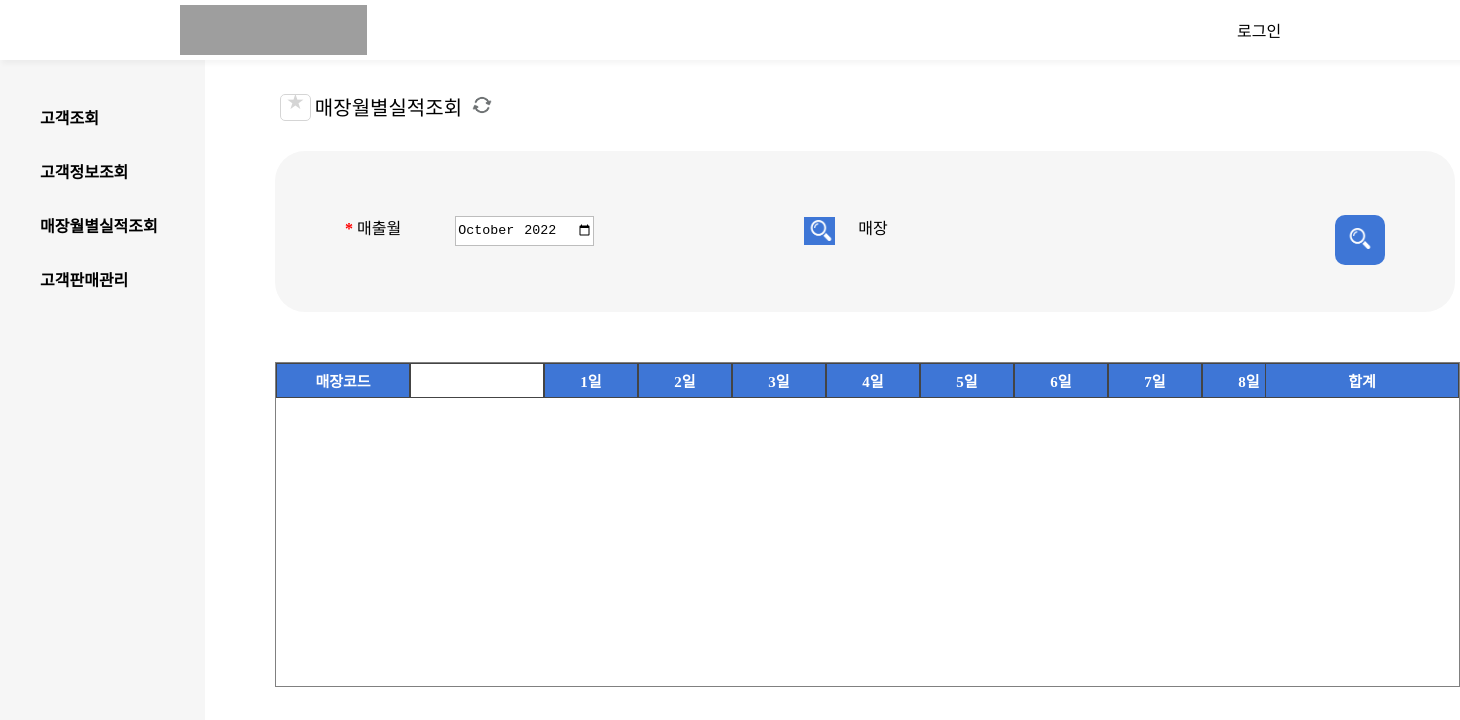
Repository: HyunyoungA/managementSystem
Page: http://localhost/DowellCommunity/WEB-INF/views/member/saleMonth.jsp
The author's editor kept a copy of each file at every save. The page is drawn from the files as they stood at one save, then again after the next save.
The browser window is 1280 px wide. The page is 1460 px wide, so the pictures cover 1460 px, including what lies to the right of the window. The pictures show the whole page.
Pictures or frames that could not be fetched are drawn as grey boxes. The page is served by Tomcat 9. Nobody is signed in. Other server files are loaded and not shown. The template is opened directly, without the code that normally fills it, so the values that code supplies are empty.

Above is the page before, as saved 2022-10-28 01:12:47.

### DowellCommunity/src/main/webapp/WEB-INF/views/member/saleMonth.jsp
<%@ page language="java" contentType="text/html; charset=UTF-8"
    pageEncoding="UTF-8"%>
<%@ taglib uri="http://java.sun.com/jsp/jstl/core" prefix="c" %>
<!DOCTYPE html>
<html>
<head>
<meta charset="UTF-8">
<title>관리자 페이지</title>
 <!-- jQuery -->
<script type="text/javascript" src="https://code.jquery.com/jquery-1.12.4.min.js" ></script>
<!-- 매장검색 자바스크립트 -->
<script type="text/javascript" src="./resources/js/saleScript.js"></script>
<!-- 페이지 스타일css -->
<link href="resources/CSS/saleMonth.css" rel="stylesheet">
<c:import url="../common/navbar.jsp"/>
</head>
<body>
<c:import url="../common/sidebar.jsp"/>
<div class="Wrap">
	<div class="starBox">
		<span class="star">★</span>
	</div>
	<span class="Title">매장월별실적조회</span>
<!-- 	새로고침 -->
	<button id="reload" onClick="window.location.reload()">
		<img class="Refresh" src="resources/cust_in/Refresh.png" style="cursor:pointer;">
	</button>
	<div class="SearchBox">
		<div class="wrap_mg">
			<span class="essential">*</span>
			<span class="Text_space" id="sale">매출월</span>
			<input class="Text_box" type="month" id="saleMonth-list">
			<span class="Text_space" id="Cust_Num">매장</span>
			<!-- 매장사용자인 경우 -->
			<c:if test="${ loginUser.userDtCd == 2 }">
				<input class="Text_box" id="saleCode" value="${ loginUser.prtCd }" disabled>
			</c:if>
			<!-- 본사인 경우 -->
			<c:if test="${ loginUser.userDtCd == 1 }">
				<input class="Text_box" id="saleCode" value="">
			</c:if>
			<!-- 검색버튼 -->
				<button id="Search_but_num" onclick="Search_but_search()">
					<img class="total_search" src="resources/cust_in/search.png">
				</button>
			<!-- 매장사용자인 경우 -->
			<c:if test="${ loginUser.userDtCd == 2 }">
				<input class="Text_box" id="saleName" value="${ loginUser.prtNm }" disabled>
			</c:if>
			<!-- 본사인 경우 -->
			<c:if test="${ loginUser.userDtCd == 1 }">
			<input class="Text_box" id="saleName" onkeyup="saleEvent(event);" onkeydown="enter(event);" value="">
			</c:if>
			<!-- 전체검색 -->
			<button id="Search_but">
				<img class="total_search" src="resources/cust_in/search.png">
			</button>
		</div>
		<br>
	</div>
</div>
<!-- 월별 실적표 -->
<table id="sale-table">
	<thead>
    	<tr>
			<th class="CustNum">매장코드</th>
            <th class="CustDetail">매장명</th>
            <!-- forEach 1일-31일 반복 -->
            <c:forEach var="i" begin="1" end="31">
            	<th class="dateDay">
            		<c:out value="${i}" />일
            	</th>
            </c:forEach>
            <!-- forEach 1일-31일 반복 end-->
            <th class="dateSum" id="dataSumTitle">합계</th>
        </tr>
    </thead>
	<tbody id="saleMonthSum">
	</tbody>
</table>
<script type="text/javascript">

//매출월 오늘날짜
//한국시간을 맞추기 위한 -32400000
const offset = new Date().getTimezoneOffset() * 60000;
//현재 날짜 시간 - 9시간(UTC시간을 기준이 우리나라보다 9시간 많음.)
const today = new Date(Date.now() -offset);

document.getElementById('saleMonth-list').value = new Date(Date.now() -offset).toISOString().substring(0, 7);
var d = $('#saleMonth-list').val();
console.log(d);

$(document).ready(
	$(opener).one('beforeunload', function() {          // 부모창의 새로고침/닫기/앞으로/뒤로
		window.close();                                 // 팝업을 닫는다
	})
);

////////////////////////////////-전체 조회-////////////////////////////////////////
//전체 조회
$('#Search_but').on('click', function(){
	var saleMonth = $('#saleMonth-list').val();			//년도-월
	var CustCode = $('#saleCode').val();				//매장코드

	console.log(saleMonth);
	console.log(saleName);

	$.ajax({//전체 조건 조회
		url: 'salMonthSum.me',
		data: {'saleMonth':saleMonth
			  ,'CustCode':CustCode},
		type: 'post',
		dataType: 'json',
		success: function(data){
			console.log(data);
			let html = "";
			console.log(data[0].totalSum)
			if(typeof data[0].totalSum != 'undefined'){

				if(data.length > 0) {

					$.each(data, function(index, item){
						html += "<tr style='width: 100%;'>";

						if(item.prtCd != '총합'){
							html += "<td class='CustNum'>"+item.prtCd+"</td>";//매장코드
							html += "<td class='CustDetail'>"+item.prtNm+"</td>";//매장명
						}
						if(item.prtCd == '총합'){
							html += "<td class='CustNum' colspan='2' style='background-color: white; width: 254px; position: sticky; text-align: center;' >"+item.prtNm+"</td>";//매장명
						}
						html += "<td class='dateDay'>"+item.day1+"</td>";//날짜1-31일
						html += "<td class='dateDay'>"+item.day2+"</td>";//날짜1-31일
						html += "<td class='dateDay'>"+item.day3+"</td>";//날짜1-31일
						html += "<td class='dateDay'>"+item.day4+"</td>";//날짜1-31일
						html += "<td class='dateDay'>"+item.day5+"</td>";//날짜1-31일
						html += "<td class='dateDay'>"+item.day6+"</td>";//날짜1-31일
						html += "<td class='dateDay'>"+item.day7+"</td>";//날짜1-31일
						html += "<td class='dateDay'>"+item.day8+"</td>";//날짜1-31일
						html += "<td class='dateDay'>"+item.day9+"</td>";//날짜1-31일
						html += "<td class='dateDay'>"+item.day10+"</td>";//날짜1-31일
						html += "<td class='dateDay'>"+item.day11+"</td>";//날짜1-31일
						html += "<td class='dateDay'>"+item.day12+"</td>";//날짜1-31일
						html += "<td class='dateDay'>"+item.day13+"</td>";//날짜1-31일
						html += "<td class='dateDay'>"+item.day14+"</td>";//날짜1-31일
						html += "<td class='dateDay'>"+item.day15+"</td>";//날짜1-31일
						html += "<td class='dateDay'>"+item.day16+"</td>";//날짜1-31일
						html += "<td class='dateDay'>"+item.day17+"</td>";//날짜1-31일
						html += "<td class='dateDay'>"+item.day18+"</td>";//날짜1-31일
						html += "<td class='dateDay'>"+item.day19+"</td>";//날짜1-31일
						html += "<td class='dateDay'>"+item.day20+"</td>";//날짜1-31일
						html += "<td class='dateDay'>"+item.day21+"</td>";//날짜1-31일
						html += "<td class='dateDay'>"+item.day22+"</td>";//날짜1-31일
						html += "<td class='dateDay'>"+item.day23+"</td>";//날짜1-31일
						html += "<td class='dateDay'>"+item.day24+"</td>";//날짜1-31일
						html += "<td class='dateDay'>"+item.day25+"</td>";//날짜1-31일
						html += "<td class='dateDay'>"+item.day26+"</td>";//날짜1-31일
						html += "<td class='dateDay'>"+item.day27+"</td>";//날짜1-31일
						html += "<td class='dateDay'>"+item.day28+"</td>";//날짜1-31일
						html += "<td class='dateDay'>"+item.day29+"</td>";//날짜1-31일
						html += "<td class='dateDay'>"+item.day30+"</td>";//날짜1-31일
						html += "<td class='dateDay'>"+item.day31+"</td>";//날짜1-31일
						html += "<td class='dateSum'>"+item.totalSum+"</td>";//총합계

						html += "</tr>";
					});
				}
			}else if(typeof data.day1 == 'undefined'){
					html += "<tr>";
					html += "<td colspan='4'style='text-align: center;'>매장 월별 매출이 등록되어 있지 않습니다.</td>";
					html += "</tr>";

			}
			$("tbody#saleMonthSum").html(html);
		},
		error: function(data){
		console.log(data);
		alert('조회할 수 없습니다.');
		}
	});
});
</script>
</body>
</html>

### DowellCommunity/src/main/webapp/WEB-INF/views/common/navbar.jsp
<%@ page language="java" contentType="text/html; charset=UTF-8"
    pageEncoding="UTF-8"%>
<%@ taglib uri="http://java.sun.com/jsp/jstl/core" prefix="c" %>
<!DOCTYPE html>
<html>
<head>
<meta charset="UTF-8">
<script type="text/javascript" src="http://code.jquery.com/jquery-latest.js"></script>
<title>메뉴</title>
<style>
/* 	네비바css */
nav {
	z-index: 1;
	position: fixed;
	width: 1536px;
	height: 60px;
	background: white;
	color: black;
	text-align:center;
	top:0;
	left:0;
	box-shadow: rgb(0 0 0 / 4%) 2px 4px 5px;
}
.navbar-nav{
	display: table-row;
}
.navbar-nav li{
	display: table-cell;
    height: 60px;
    list-style-type: none;
    vertical-align: middle;
}
.nav-link{
	padding: 10px;
	color: black;
	text-decoration: none;
}
.nav-link:hover {
    color: #3E76D6;
}
.nav-list{
	display: inline-block;
}
#nav_id{
padding-left: 850px;
}
.logoBox{
	width: 95px;
    height: 98px;
    overflow:hidden;
    margin:0 auto;
}
#logoSpace{
	height: 50px;
	width: 150px;
	padding-left: 170px;
}
.img{
	vertical-align: middle;
    width: 187px;
    height: 100%;
    object-fit: cover;
}
.manager{
	display: inline-block;
    border-radius: 6px;
    width: 106px;
    height: 34px;
    background-color: black;
}
.manager a{
	display: block;
    text-decoration: none;
    margin: 5px;
    text-align: center;
    color: white;
}
.manager:hover{
	cursor: pointer;
	background-color: #3E76D6;
}
</style>
</head>
<body>
<!-- 네비바 -->
	<nav>
		<ul class="navbar-nav">
			<!-- 로고 -->
			<li id="logoSpace">
				<a href="home.do" class="nav-link">
					<img class="img" alt="logo" src="resources/home/logo.png">
				</a>
			</li>
			<!-- 로그인 -->
			<li class="nav-list" id="nav_id">
				<c:if test="${ empty sessionScope.loginUser }">
					<a href="login.me" class="nav-link" id="login_ID">로그인</a>
				</c:if>
			</li>
			<li class="nav-list">
				<c:if test="${ !empty sessionScope.loginUser }">
					<a href="logout.me" class="nav-link" id="">로그아웃</a>
				</c:if>
			</li>
			<li class="nav-list">
				<c:if test="${ !empty sessionScope.loginUser }">
					<div class="manager">
						<a href="managerPage.me">관리자페이지</a>
					</div>
				</c:if>
			</li>
		</ul>
	</nav>
</body>
</html>

### DowellCommunity/src/main/webapp/WEB-INF/views/common/sidebar.jsp
<%@ page language="java" contentType="text/html; charset=UTF-8"
    pageEncoding="UTF-8"%>
<!DOCTYPE html>
<html>
<head>
<meta charset="UTF-8">
<title>사이드바</title>
<style type="text/css">
/* 사이드바 */
.sideBar {
  list-style-type: none;
  padding: 0px;
  margin: 0px;
  width: 205px;
  background: #F6F6F6;
  height: 100%;
  overflow: auto;
  position: fixed;
}
.sideBar_list a {
  text-decoration: none;
  padding: 15px 10px 15px 40px;
  display: block;
  color: #000;
  font-weight: bold;
}
.sideBar_list a:hover {
  background: #B3C8E6;
}
#side_list_one{
margin-top: 90px;
}
</style>
</head>
<body>
<ul class="sideBar">
  <li class="sideBar_list" id="side_list_one"><a class="home" href="managerPage.me">고객조회</a></li>
  <li class="sideBar_list"><a href="custInfo.me">고객정보조회</a></li>
  <li class="sideBar_list"><a href="saleMonth.me">매장월별실적조회</a></li>
  <li class="sideBar_list"><a href="saleManagement.me">고객판매관리</a></li>
</ul>
</body>
</html>

### DowellCommunity/src/main/webapp/resources/js/saleScript.js
/**
 *
 매장명/코드 검색 팝업창
 */


  console.log("매장명/코드 검색 팝업창 모듈자바스크립트");
//매장조건 입력란 지워지면 앞에 코드값도 지움
function saleEvent(event){
	if(event.keyCode == 8 || event.keyCode == 46) { //keyCode: 8(Backspace), keyCode: 46(Delete)
	   if( $("#saleName").val() == "" ) {    //매장 입력창이 비워지면
	      $("#saleCode").val("");   		 //앞에 매장코드가 입력되있는 창이 지워진다.
	   }
	}
};

//매장 엔터 시 실행
var saleName = $("#saleName").val();
function enter(event){
	if(event.keyCode == 13) { //keyCode: 13(Enter)
		Search_but_search();  //매장검색 함수
	}
};

//매장검색
function Search_but_search(){
	debugger;
	var saleCode = $('#saleCode').val();	//매장코드
	var saleName = $('#saleName').val();	//매장명
	var checkShop = $('#checkShop').val();	//팝업창 검색창

	//2글자 이상 입력하시오.
	if(saleName.trim() == '' || saleName.trim().length == 1) { //앞뒤공백을 뺀 값이 빈값이거나, 길이가 1일 때 2글자 이하이기때문에 막음.
		alert('2글자 이상 입력하시오.');
		$('#saleName').focus();
		return false;
	}
	console.log(saleCode);

	//2글자 이상 검색 시 실행
	$.ajax({
		url: 'SearchButSale.me',
		data: {"saleName":saleName},
		type: 'post',
		dataType: 'json',
		success: function(data){
			console.log(data);

			if(data.length != 1) {//데이터의 길이가 1이 아닐 경우 => 팝업창 오픈
				console.log(data);
				console.log(saleName);

				salePopup(saleName);//팝업창 오픈 함수

			}else{//데이터가 1개만 존재할때 자동완성
				$('#saleName').val(''); // 매장명 비우기
				$('#saleCode').val(data[0].PRT_CD);
				$('#saleName').val(data[0].PRT_NM);
				console.log(data);
				console.log(data[0].PRT_CD);
				console.log(data[0].PRT_NM);
			}
		},
		error: function(data){
			console.log(data);
			alert('조회할 수 없습니다.');
		}
	});
}

//매장검색 팝업창 띄우기
var saleName = $('#saleName').val();	//매장명

function salePopup(saleName) {
	window.open("salePopup.me", "a", "width=800px, height=480px, left=400, top=210");
}

### DowellCommunity/src/main/webapp/resources/CSS/saleMonth.css
@charset "UTF-8";

/* body여백 없애기 */
body{
	margin: 0;
	padding: 0;
}
.star{
	display: table-cell;
	vertical-align: middle;
	font-size: 21px;
	color: #D5D5D5;
	padding: 5px;
}
.starBox{
	border-radius: 5px;
	border: 1px solid;
	margin-left: 5px;
	width: 20px;
	height: 20px;
	display: inline;
	font-size: 23px;
	color: #D5D5D5;
}
.Title{
	font-size: 20px;
}
.Refresh{
	filter: opacity(0.5) drop-shadow(0 0 0 #B8C6CC);
	width: 20px;
	height: 20px;
}
.Wrap{
	margin-left: 190px;
	position: relative;
	padding: 85px 85px 50px 85px;
}
/* 상단검색박스 */
.SearchBox{
	border-radius: 30px;
	padding: 41px 40px 0;
	width: 1100px;
	margin: auto;
	height: 120px;
	background-color: #F6F6F6;
	margin-top: 30px;
}
#Search_but_sale{
    position: absolute;
    left: 376px;
    background-color: #E61200;
    border-style: none;
    width: 31px;
    height: 28px;
}
#Search_but_sale:hover{
	cursor: pointer;
}
#Search_but_num {
    position: absolute;
    right: 445px;
    background-color: #3E76D6;
    border-style: none;
    width: 31px;
    height: 28px;
    margin-top: 2px;
}
#Search_but_num:hover{
	cursor: pointer;
}
.Text_space{
	margin-right: 50px;
}
.essential{
	color: red;
	font-weight: 700;
}
.Text_box{
	height: 25px;
	width: 130px;
	border: 1px solid #BDBDBD;
	background-color: white;
}
#saleMonth-list{
	height: 28px;
    width: 136px;
}
.Text_date{
	height: 25px;
	width: 90px;
	border: 1px solid #BDBDBD;
	background-color: white;
}
#Cust_Num{
	margin-left: 260px;
}
#wrap_s{
	margin-left: 122px;
}
#saleCode{
	background-color: #BDBDBD;
}
#reload{
	background-color: white;
	border: none;
}
/* 검색버튼 */
#Search_but{
	width: 50px;
	height: 50px;
	float: right;
	background-color: #3E76D6;
	border: none;
	border-radius: 10px;
	cursor: pointer;
}
.total_search{
	filter: brightness(0) invert(1);
	width: 30px;
	height: 21px;
	margin: 2px -4px;
}
.wrap_mg{
	padding: 0 30px;
	margin-top: 23px;
}
.radio_check{
	vertical-align: text-top;
	width: 20px;
	height: 20px;
}
.Text_space_s{
	margin-right: 10px;
}
/* 신규버튼 */
.new_registration{
    width: 100px;
    height: 30px;
    float: right;
    margin-right: 78px;
    margin-bottom: 20px;
    border-style: none;
    border-radius: 5px;
}
.new_registration:hover{
	cursor: pointer;
	background-color: #E61200;
	color: white;
}
#date{
	width: 90px;
}
/* 스크롤 */
#sale-table{
	display: block;
    border: 1px solid gray;
    width: 1185px;
    margin-left: 275px;
    overflow-y: scroll;
    border-collapse: separate;
    border-spacing: 0;
}
thead {
	display:block;
    width:100%;
}

table thead tr {
	display:table;
    table-layout:fixed;
    width:100%;
}
table{
	font-size: 15px;
}
tbody {
	width: 100%;
	display: block;
    height: 18rem;
    font-size: 13px;
}

tbody tr {
    width: 100%;
	display: table;
    table-layout: fixed;
}

tbody th{
	background-color: gray;
}
table thead th{
    background-color: #3E76D6;
    color: white;
}
table thead tr th{
/* 	width: 100px; */
}
th, td {
	border: 1px solid #444444;
	background-color: white;

}
/* 셀고정 */
table#sale-table th:first-child,
table#sale-table td:first-child {
	position: sticky; left: 0;
}
table#sale-table th:nth-child(2),
.CustNum-td, .CustDetail-td {
	position: sticky; left: 134px;
}
.CustNum{
	width: 120px;
}
.CustNum-td{
	width: 120px;
	background-color: white;
}
.CustDetail{
	width: 120px;
	background-color: white;
	left:133px;
	position: sticky;
}
.CustDetail-td{
	width: 120px;
	background-color: white;
}
.dateDay{
    text-align: center;
	width: 80px;
}
.joinDate{
	text-align: center;
    width: 130px;
}
.SaleInfo{
	width: 110px;
}
.Cust{
	width: 140px;
}
.dateSum{
	text-align: end;
	position: sticky;
    width: 180px;
    min-width: 180px;
    max-width: 180px;
    right: 0;
}
#saleSum{
	background-color: white;
}
#SumFix{
	text-align: center;
	position: sticky;
	left: 166px;
	background-color: white;
}
.main {
	padding-top:34px;
}
.box {
	width: 600px;
	height: 150px;
	overflow-y: scroll;
}
tr.title {
	margin: -33px 0px 0px -1px;
	width: 600px;
	display: table;
	position: absolute;
	background-color: #5dcafc;
}
th, td {
	padding: 6px;
}
.dateSum{
	background-color:white;
	position:sticky;
	right:0;
	text-align:right;
}
.CustCheck_Info {
    width: 190px;
    height: 34px;
    border: 1px solid #A6A6A6;
}
#dataSumTitle{
	text-align: center;
}

After the next save:
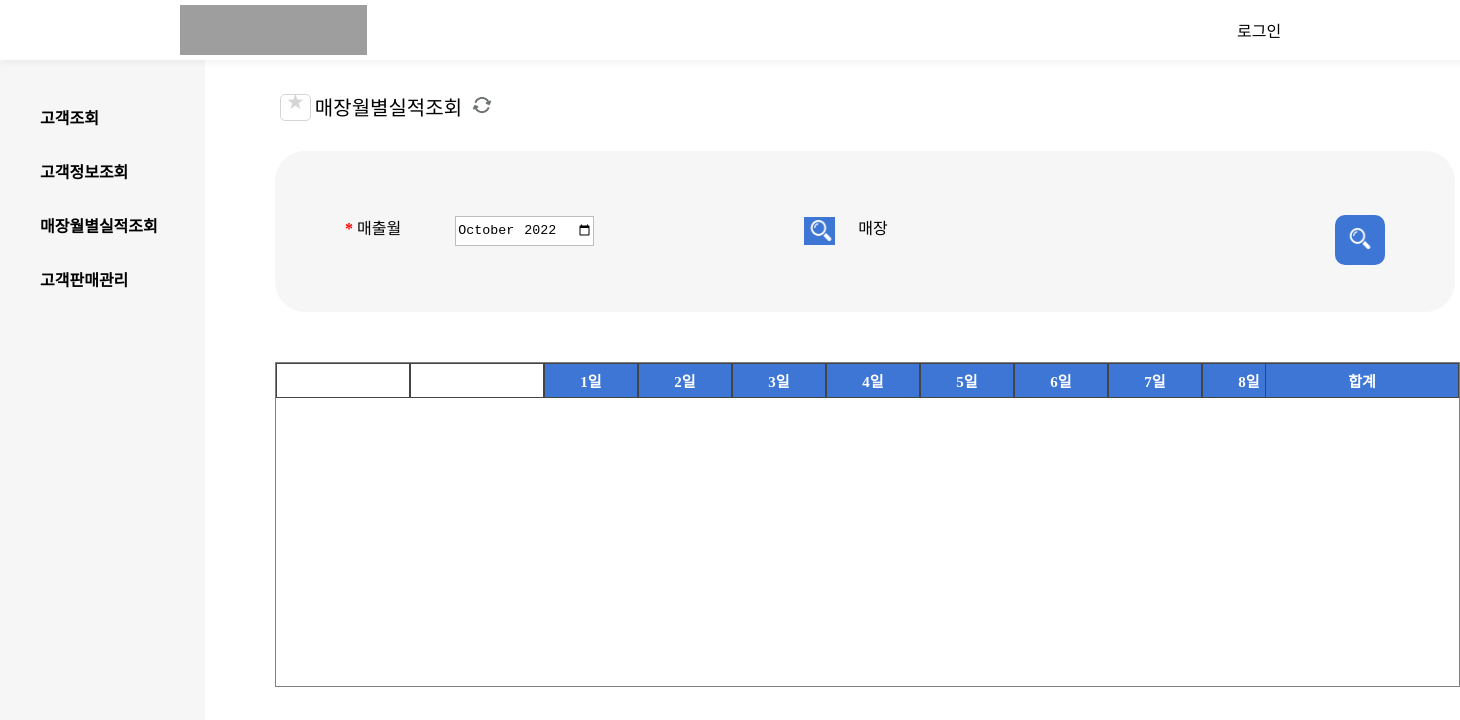
Saved 11 s later.
--- a/DowellCommunity/src/main/webapp/resources/CSS/saleMonth.css
+++ b/DowellCommunity/src/main/webapp/resources/CSS/saleMonth.css
@@ -212,6 +212,7 @@ table#sale-table th:nth-child(2),
 }
 .CustNum{
 	width: 120px;
+	background-color: white;
 }
 .CustNum-td{
 	width: 120px;
